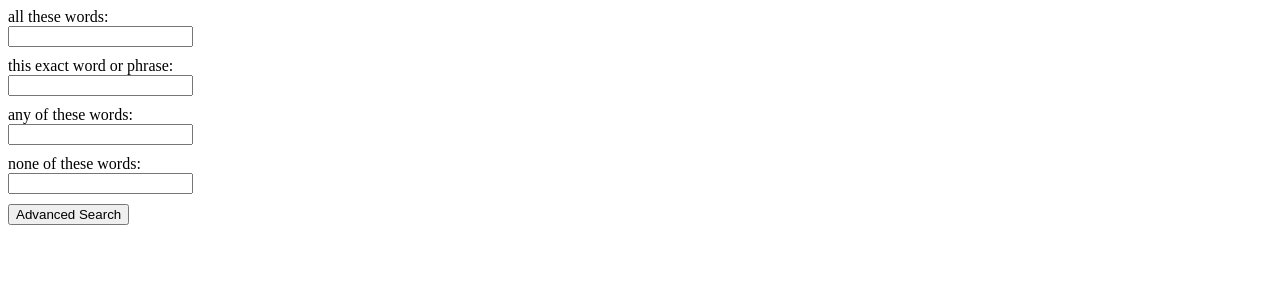
Repository: etentuk/search
Page: advanced_search.html
An editor plug-in stored every save of this project. The page is shown before and after a run of saves, followed by the edit.
The browser window is 1280 px wide. The pictures show the whole page.

Above is the page before, as saved 2021-11-03 23:16:58.

After the next 2 saves:
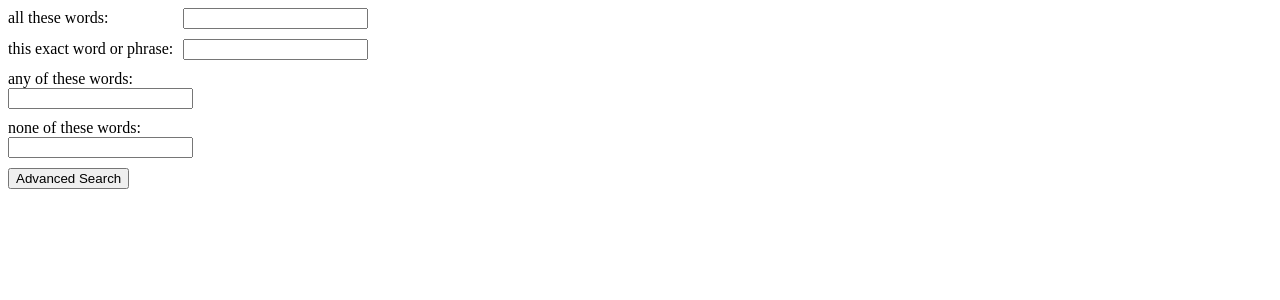
The 2 saves are shown as one change because they came seconds apart.
The last was saved 108 s later.
--- a/advanced_search.html
+++ b/advanced_search.html
@@ -9,11 +9,11 @@
 <body>
     <form action="https://google.com/search" style="display: table;">
         <div style="display: table-row;">
-            <div>
+            <div class="form-example">
                 <label for="as_q">all these words: </label>
                 <input type="text" id="as_q" name="as_q">
             </div>
-            <div>
+            <div class="form-example">
                 <label for="as_epq">this exact word or phrase: </label>
                 <input type="text" id="as_epq" name="as_epq">
             </div>
